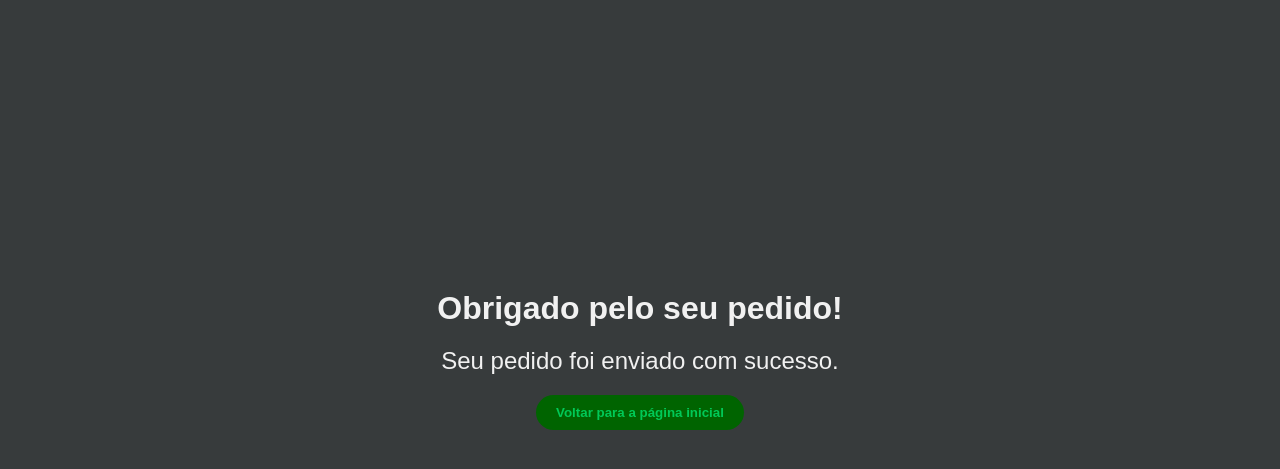
Repository: Marinalr-25/Projeto-Aparelhos-de-Academia
Page: thanks.html
The author's editor kept a copy of each file at every save. The page is drawn from the files as they stood at one save, then again after the next save.
The browser window is 1280 px wide. The pictures show the whole page.

Above is the page before, as saved 2025-01-14 14:17:13.

### thanks.html
<!DOCTYPE html>
<html lang="en">
  <head>
    <meta charset="UTF-8" />
    <meta name="viewport" content="width=device-width, initial-scale=1.0" />
    <link rel="stylesheet" href="css/thanks.css" />
    <link rel="stylesheet" href="css/temas.css" />
    <title>Obrigada!</title>
  </head>

  <style>
    a {
      font-size: 20px;
    }
  </style>
  <body>
    <h1 class="h1">Obrigado pelo seu pedido!</h1>
    <p class="paragrafo">Seu pedido foi enviado com sucesso.</p>
    <button class="button" onclick="window.location.href='telaPrincipal.html'">
      Voltar para a página inicial
    </button>
  </body>
</html>

### css/thanks.css
* {
  margin: 0;
  padding: 0;
  box-sizing: border-box;
}

html {
  font-size: 62.5%;
}

body {
  font-family: 'Montserrat', sans-serif;
  background-color: #373b3c;
  color: #f1f1f1;
  display: flex;
  flex-direction: column;
  justify-content: center;
  align-items: center;
  gap: 2rem;
  height: 100svh;
}

.h1 {
  font-size: 3.2rem;
}
.paragrafo {
  font-size: 2.4rem;
}

.button {
  outline: none;
  border: none;
  padding: 1rem 2rem;
  border-radius: 5rem;
  font-weight: 600;
  background-color: var(--cor-fundo);
  color: var(--cor-texto);
}

### css/temas.css
:root {
  --cor-fundo: #006400;
  --cor-texto: #00c957;
  --verde-primario: #006400;
  --verde-secundario: #00c957;
  --azul-primario: #0d6bb2;
  --azul-secundario: #83e3ff;
  --rosa-primario: #ae2478;
  --rosa-secundario: #eed3e4;
  --vermelho-primario: #a50000;
  --vermelho-secundario: #e4b2b2;
  --roxo-primario: #4c4c99;
  --roxo-secundario: #c9c9e0;
  --laranja-primario: #ff6c37;
  --laranja-secundario: #ffd2c3;
}

.pop-up-temas {
  display: none;
  opacity: 0;
  transition: opacity 0.3s ease, transform 0.3s ease;
  &.aberto {
    display: flex;
    position: fixed;
    top: 50%;
    left: 50%;
    transform: translate(-50%, -50%);
    opacity: 1;
    height: 18rem;
    background-color: rgba(0, 0, 0, 0.95);
    border-radius: 1.5rem;

    & .container {
      display: flex;
      justify-content: center;
      align-items: center;
      gap: 1rem;
      flex-direction: row;
      padding: 2rem;
      max-width: 65rem;
      position: relative;

      & .bolinha {
        width: 4rem;
        height: 4rem;
        margin: 0.5rem;
        border-radius: 50%;

        &.verde {
          background: linear-gradient(
            to right,
            var(--verde-primario) 50%,
            var(--verde-secundario) 50%
          );
        }
        &.azul {
          background: linear-gradient(
            to right,
            var(--azul-primario) 50%,
            var(--azul-secundario) 50%
          );
        }

        &.rosa {
          background: linear-gradient(
            to right,
            var(--rosa-primario) 50%,
            var(--rosa-secundario) 50%
          );
        }
        &.vermelho {
          background: linear-gradient(
            to right,
            var(--vermelho-primario) 50%,
            var(--vermelho-secundario) 50%
          );
        }
        &.roxo {
          background: linear-gradient(
            to right,
            var(--roxo-primario) 50%,
            var(--roxo-secundario) 50%
          );
        }
        &.laranja {
          background: linear-gradient(
            to right,
            var(--laranja-primario) 50%,
            var(--laranja-secundario) 50%
          );
        }
      }
      & .icone-fechar {
        display: block;
        position: absolute;
        top: 0;
        right: 0;
        color: var(--cor-fundo);
        z-index: 10001;
        width: 5rem;
        height: 5rem;
      }
    }
  }
}

After the next save:
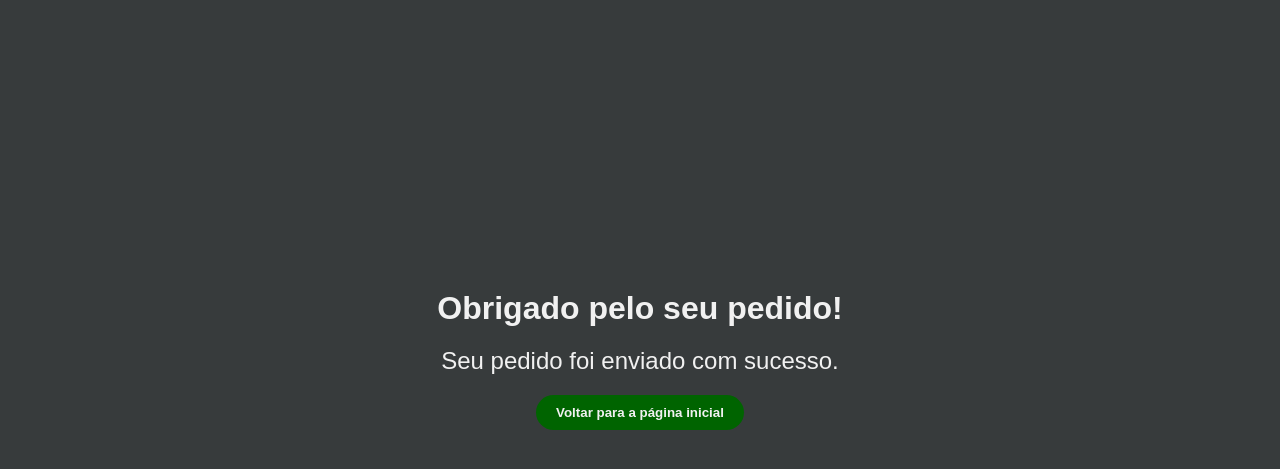
Saved 20 s later.
--- a/css/thanks.css
+++ b/css/thanks.css
@@ -34,5 +34,5 @@ body {
   border-radius: 5rem;
   font-weight: 600;
   background-color: var(--cor-fundo);
-  color: var(--cor-texto);
+  color: var(--clara);
 }
